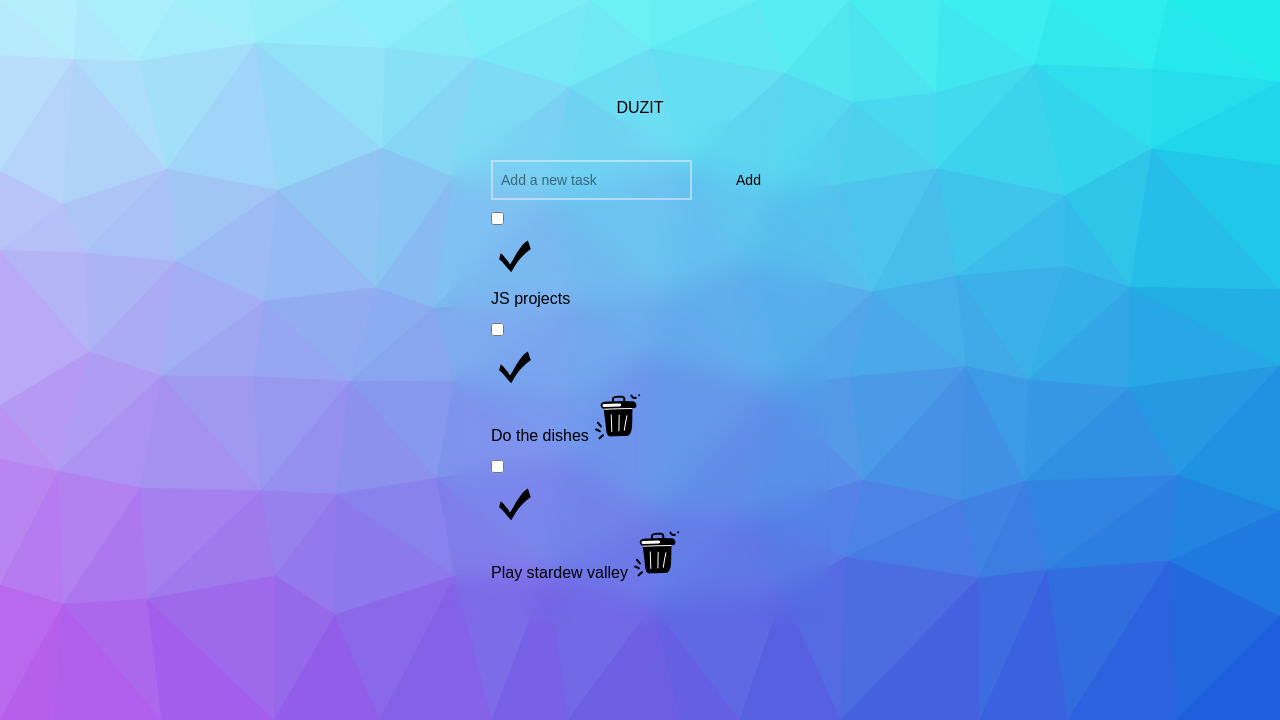
Repository: milkybeargeek/JavaScript-Projects
Page: Duzit/src/index.html
The author's editor kept a copy of each file at every save. The page is drawn from the files as they stood at one save, then again after the next save.
The browser window is 1280 px wide. The pictures show the whole page.
Some web fonts or font styles are not loaded; a fallback is used.

Above is the page before, as saved 2025-02-11 15:25:42.

After the next save:
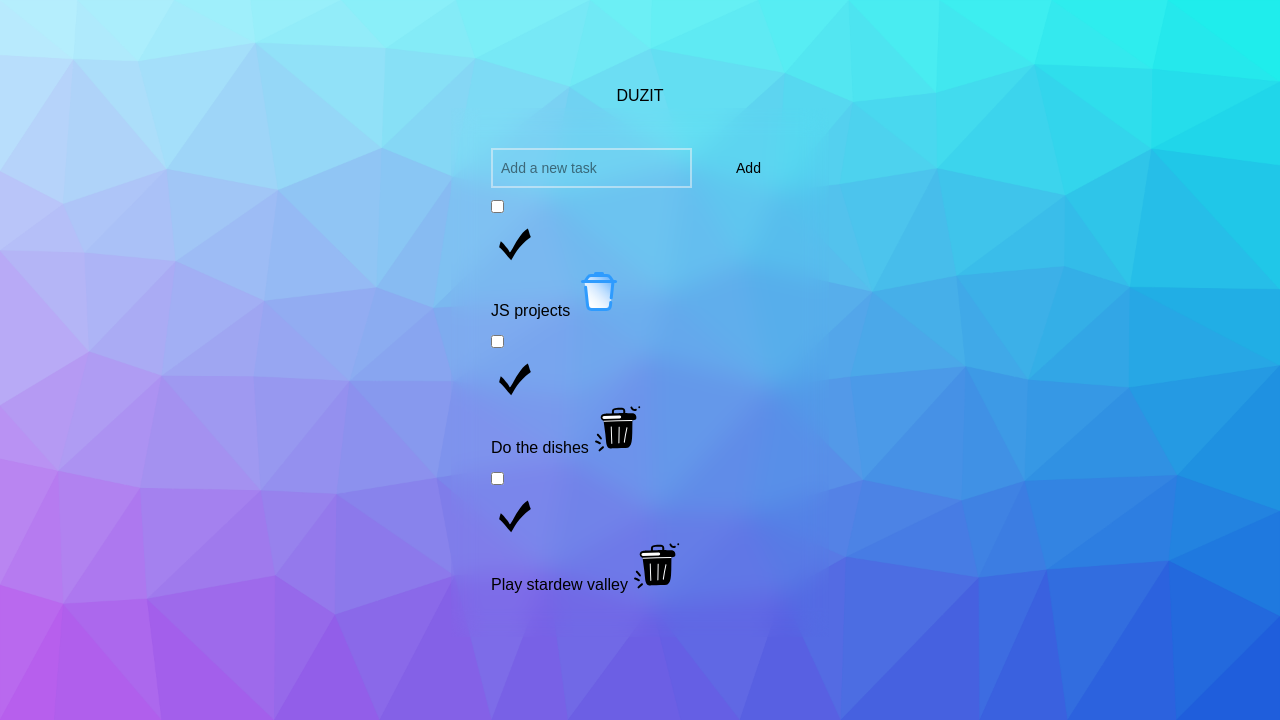
Saved 4 min 10 s later.
--- a/Duzit/src/index.html
+++ b/Duzit/src/index.html
@@ -29,8 +29,35 @@
                 <label for="todo-1" class="todo-text">JS projects
                 </label>
                 <button class="delete-todo">
-                    <svg xmlns="http://www.w3.org/2000/svg" width="24" height="24" viewBox="0 0 24 24"></svg>
-                    <path d="M3 6h18v2H3V6zm2 3h14v12H5V9zm3 2v8h2v-8H8zm4 0v8h2v-8h-2zm4 0v8h2v-8h-2z" />
+                    <svg xmlns="http://www.w3.org/2000/svg" x="0px" y="0px" width="48" height="48" viewBox="0 0 48 48">
+                        <linearGradient id="SVGID_1__VjYhRgCvzsVg_gr1" x1="37.433" x2="10.455" y1="11.416" y2="38.393"
+                            gradientUnits="userSpaceOnUse">
+                            <stop offset="0" stop-color="#60affe"></stop>
+                            <stop offset=".033" stop-color="#6ab4fe"></stop>
+                            <stop offset=".197" stop-color="#97cbfe"></stop>
+                            <stop offset=".362" stop-color="#bddeff"></stop>
+                            <stop offset=".525" stop-color="#daecff"></stop>
+                            <stop offset=".687" stop-color="#eef7ff"></stop>
+                            <stop offset=".846" stop-color="#fbfdff"></stop>
+                            <stop offset="1" stop-color="#fff"></stop>
+                        </linearGradient>
+                        <path fill="url(#SVGID_1__VjYhRgCvzsVg_gr1)"
+                            d="M38,13.5l-2.812-4.219C34.446,8.168,33.197,7.5,31.86,7.5H16.141c-1.338,0-2.587,0.668-3.328,1.781L10,13.5	H9.555l2.804,26.17c0.109,1.016,0.967,1.787,1.989,1.787h19.079c1.022,0,1.879-0.771,1.988-1.787L38.22,13.5H38z">
+                        </path>
+                        <path fill="none" stroke="#2e9bfe" stroke-linecap="round" stroke-linejoin="round"
+                            stroke-miterlimit="10" stroke-width="3" d="M36.249,29.839L38,13.5"></path>
+                        <path fill="none" stroke="#2e9bfe" stroke-linecap="round" stroke-linejoin="round"
+                            stroke-miterlimit="10" stroke-width="3"
+                            d="M10.608,19.171l2.009,18.755c0.218,2.033,1.933,3.574,3.977,3.574h14.811c2.044,0,3.759-1.541,3.977-3.574	l0.373-3.48">
+                        </path>
+                        <line x1="7.5" x2="40.5" y1="13.5" y2="13.5" fill="none" stroke="#2e9bfe" stroke-linecap="round"
+                            stroke-linejoin="round" stroke-miterlimit="10" stroke-width="3"></line>
+                        <line x1="20.5" x2="27.5" y1="5.5" y2="5.5" fill="none" stroke="#2e9bfe" stroke-linecap="round"
+                            stroke-linejoin="round" stroke-miterlimit="10" stroke-width="3"></line>
+                        <path fill="none" stroke="#2e9bfe" stroke-linecap="round" stroke-linejoin="round"
+                            stroke-miterlimit="10" stroke-width="3"
+                            d="M10,13.5l2.813-4.219c0.741-1.113,1.99-1.781,3.328-1.781H31.86c1.337,0,2.586,0.668,3.328,1.781L38,13.5">
+                        </path>
                     </svg>
                 </button>
             </li>
